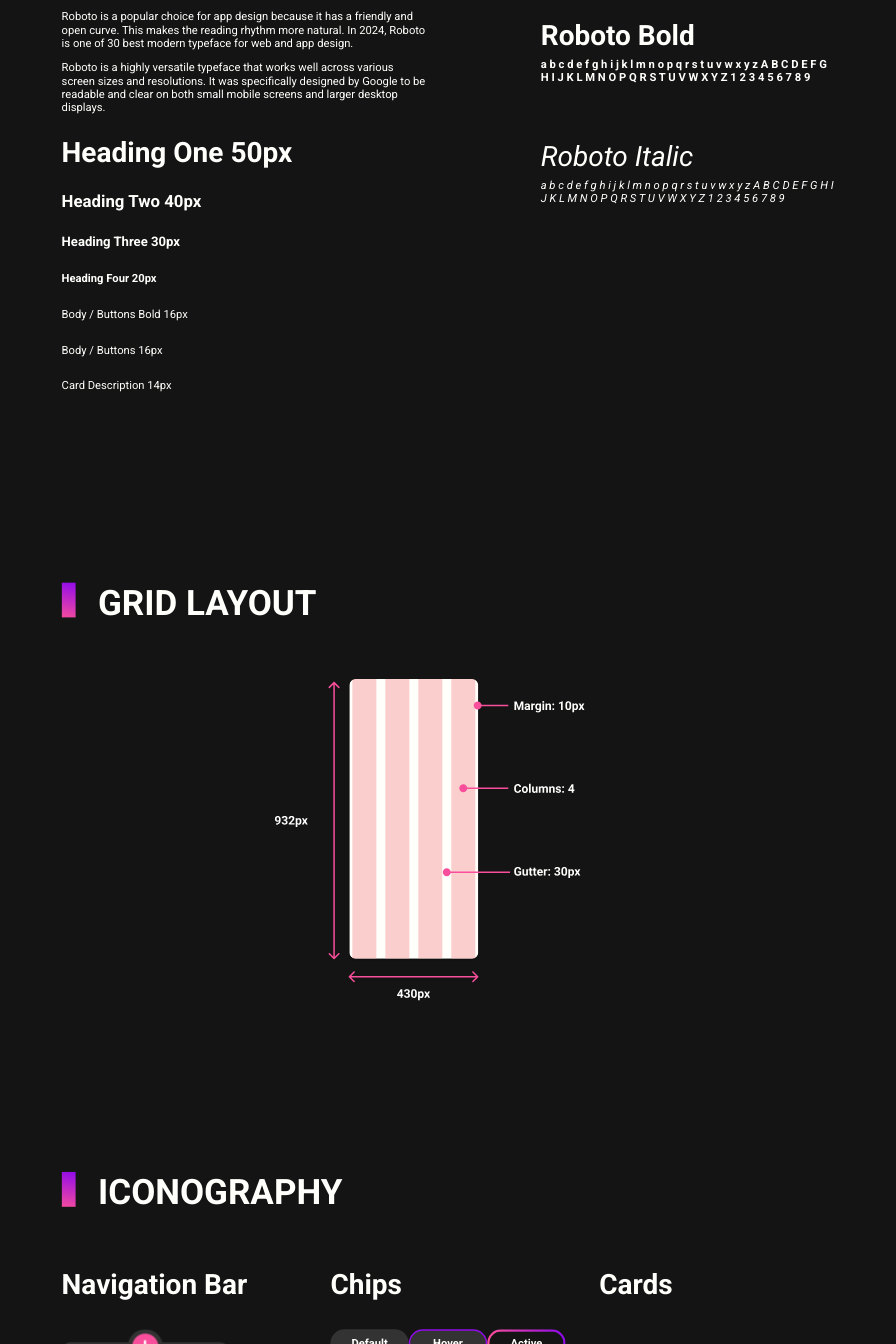
Repository: MonicaNguyenH/artflow_frontend_vanJS
Page: index.html
An editor plug-in stored every save of this project. The page is shown before and after the next save, followed by the edit.
The browser window is 1280 px wide. The pictures show the part of the page from y = 4580 to 6500 px (the page is 7111 px tall), at 70% of full size.
Some web fonts or font styles are not loaded; a fallback is used.

Above is the page before, as saved 2024-04-05 18:01:52.

After the next save:
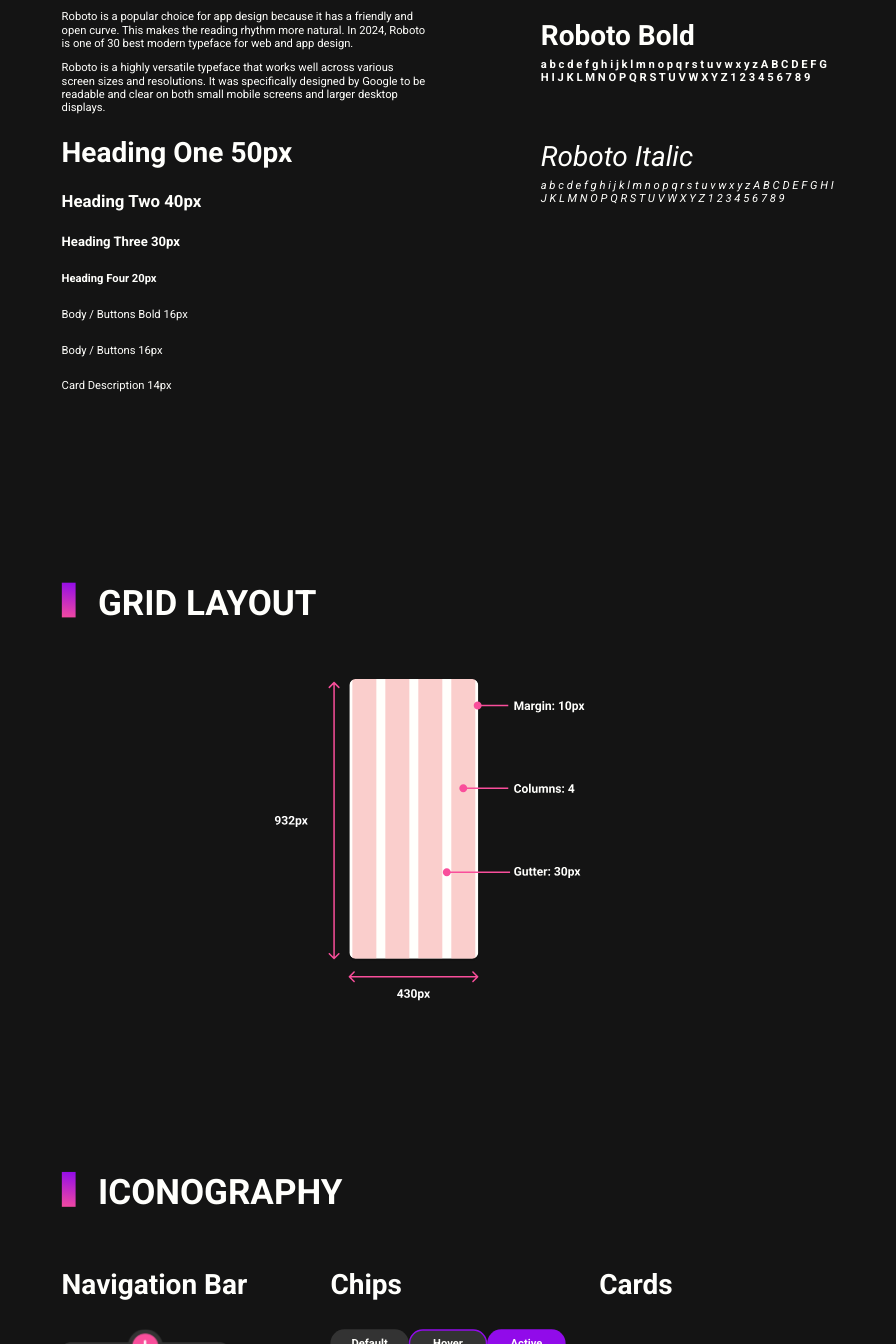
Saved 27 s later.
--- a/css/style.css
+++ b/css/style.css
@@ -510,9 +510,7 @@
 }
 
 .chip1-active {
-    background: linear-gradient(var(--black), var(--black)) padding-box,
-                var(--gradient-rv) border-box;
-    border: 3px solid transparent;
+    background-color: var(--violet);
 }
 
 
